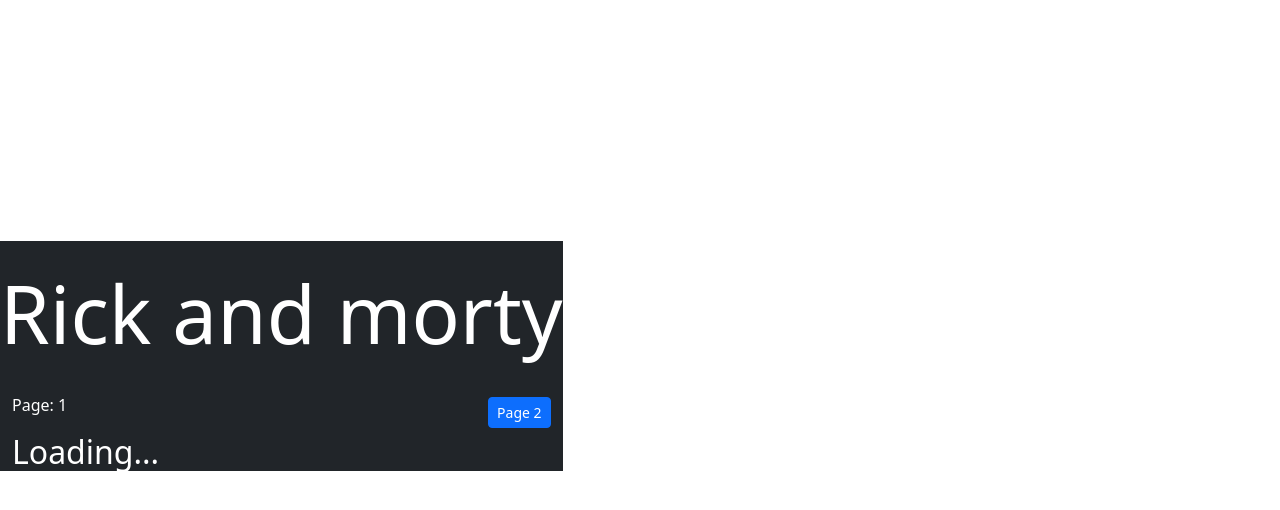
Repository: Ellisvelandia/react-rick-and-morty
Page: /
An editor plug-in stored every save of this project. The page is shown before and after a run of saves, followed by the edit.
The browser window is 1280 px wide. The pictures show the whole page.
The page's requests for data from a server got no answer. The project was rebuilt for these pictures with package versions that can differ from the ones it lists, and the page was loaded fresh each time. No one was signed in, and anything a server would have sent is missing. Also part of the build but not shown: vite.config.js, src/components/Character.jsx.

Above is the page before, as saved 2022-09-08 17:25:43.

After the next 3 saves:
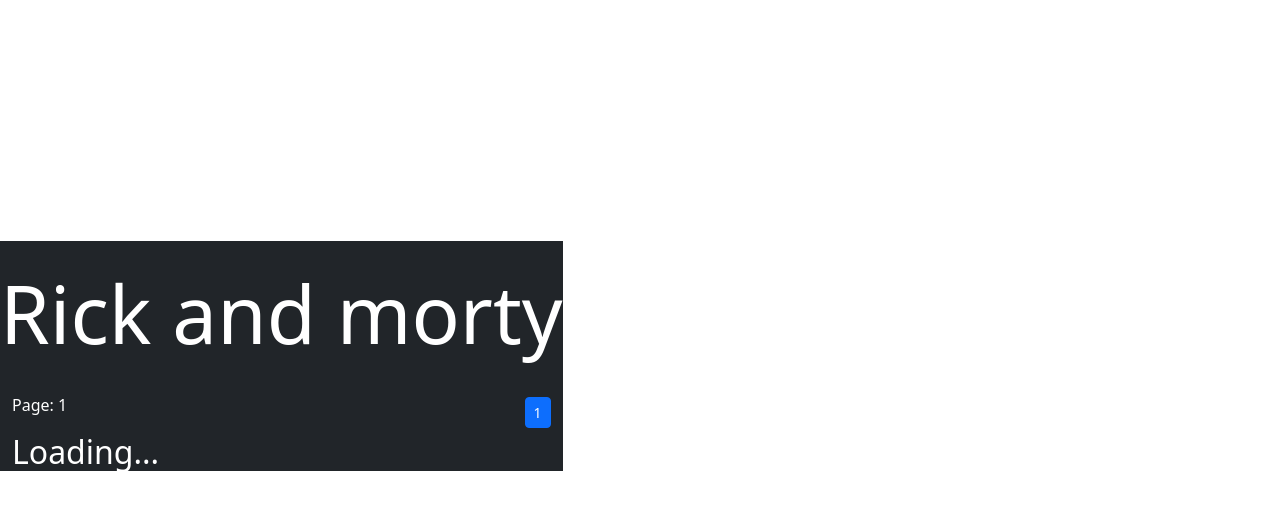
The 3 saves are shown as one change because they came seconds apart.
The last was saved 25 s later.
--- a/src/components/CharacterList.jsx
+++ b/src/components/CharacterList.jsx
@@ -9,7 +9,7 @@
         className="btn btn-primary btn-sm"
         onClick={() => props.setPage(props.page + 1)}
       >
-        Page 2
+        {props.page}
       </button>
     </header>
   );
